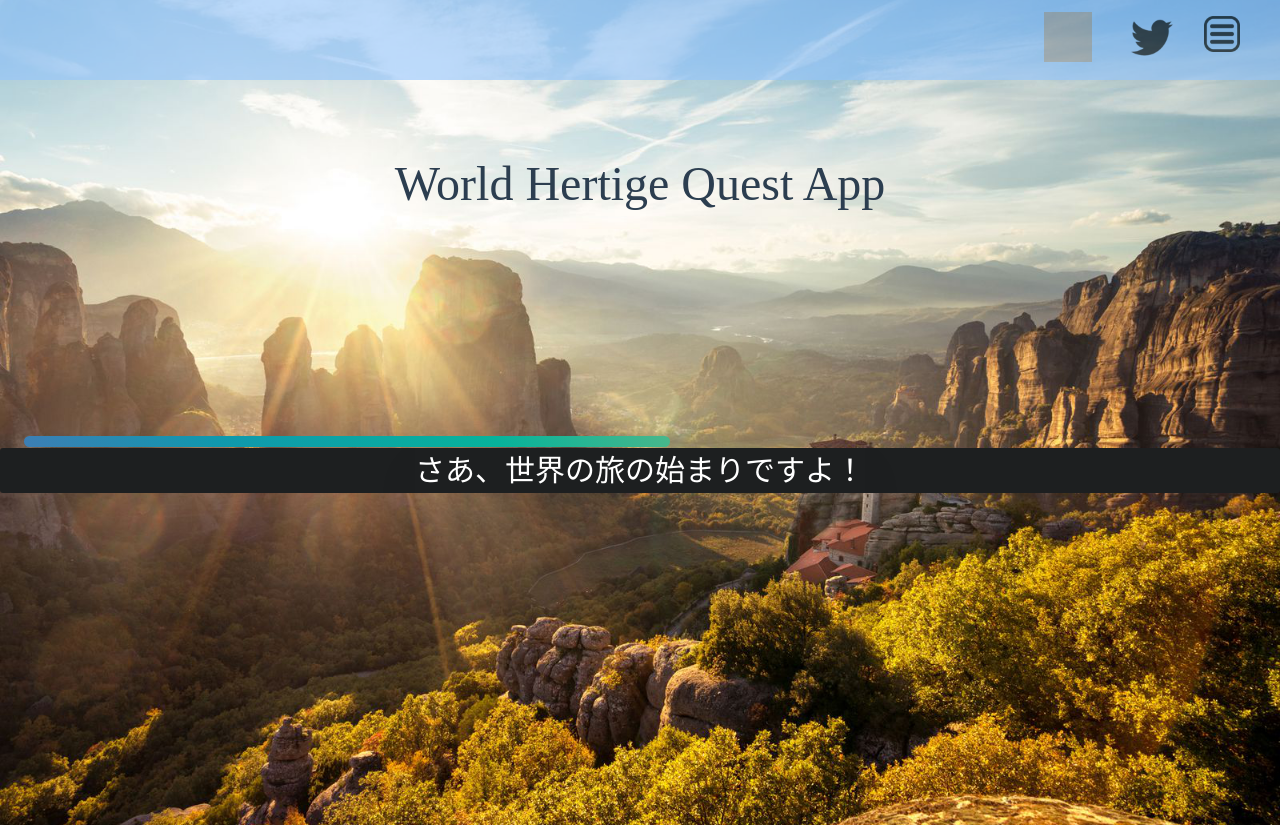
Repository: hashiz008/World-Heritage-Travel-App
Page: /
The author's editor kept a copy of each file at every save. The page is drawn from the files as they stood at one save, then again after the next save.
The browser window is 1280 px wide. The pictures show the whole page.
Pictures or frames that could not be fetched are drawn as grey boxes. Some web fonts or font styles are not loaded; a fallback is used. The project was rebuilt for these pictures with package versions that can differ from the ones it lists, and the page was loaded fresh each time. Also part of the build but not shown: vue.config.js.

Above is the page before, as saved 2022-01-25 11:39:21.

After the next save:
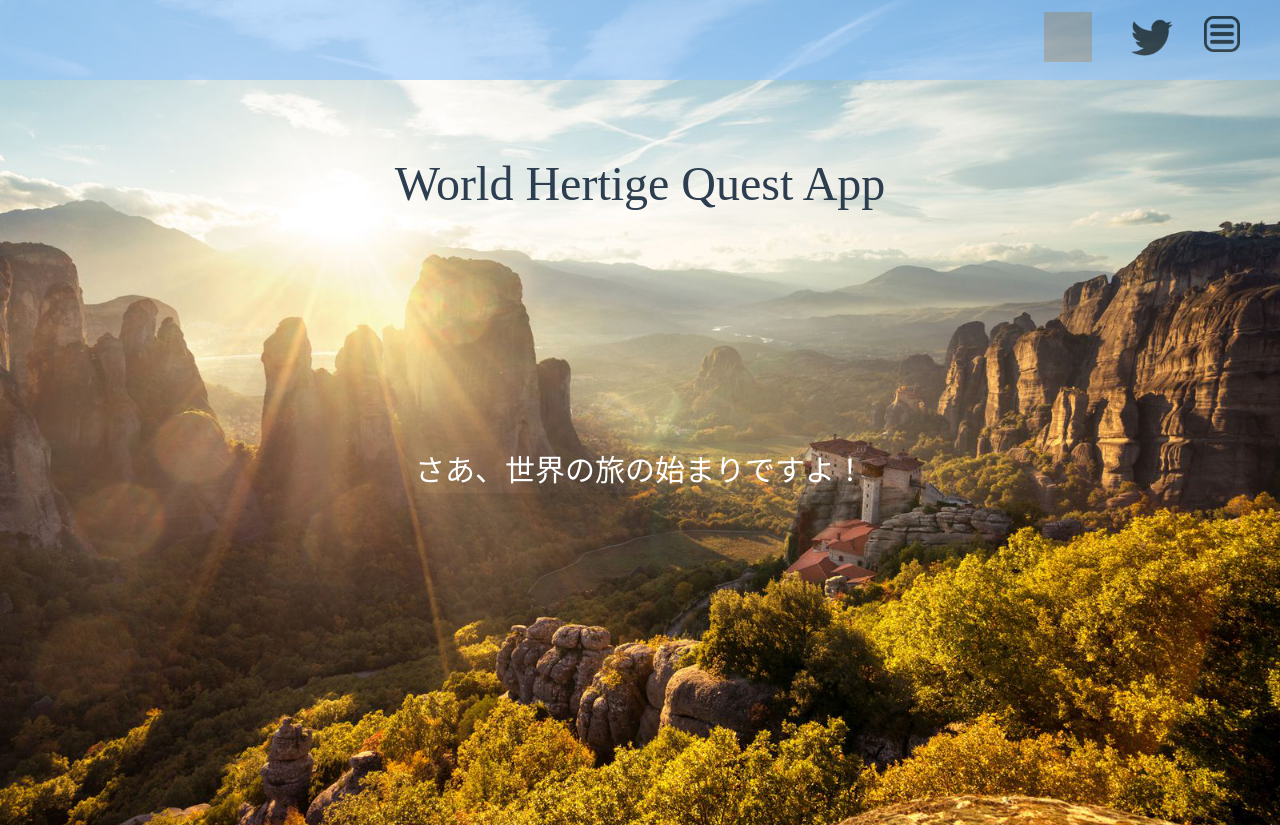
Saved 16 s later.
--- a/src/views/TopPage.vue
+++ b/src/views/TopPage.vue
@@ -138,47 +138,5 @@ export default {
     font-size: 30px;
     margin-top: 15rem;
 }
-.startBtn {
-     --borderWidth: 3px;
-     background: #1d1f20;
-     position: relative;
-     border-radius: var(--borderWidth);
-}
-.router:after {
-    content: "";
-    position: absolute;
-    top: calc(-4 * var(--borderWidth));
-    left: calc(8 * var(--borderWidth));
-    right: calc(5 * var(--borderWidth));
-    bottom: calc(10 * var(--borderWidth));
-    height: calc(10% + var(--borderWidth) * 2);
-    width: calc(50% + var(--borderWidth) * 2);
-    background: linear-gradient(
-        60deg,
-        #f79533,
-        #f37055,
-        #ef4e7b,
-        #a166ab,
-        #5073b8,
-        #1098ad,
-        #07b39b,
-        #6fba82
-    );
-    border-radius: calc(10 * var(--borderWidth));
-    z-index: 1;
-    animation: animatedgradient 3s ease alternate infinite;
-    background-size: 300% 300%;
-}
 
-@keyframes animatedgradient {
-    0% {
-        background-position: 0% 50%;
-    }
-    50% {
-        background-position: 100% 50%;
-    }
-    100% {
-        background-position: 0% 50%;
-    }
-}
 </style>
